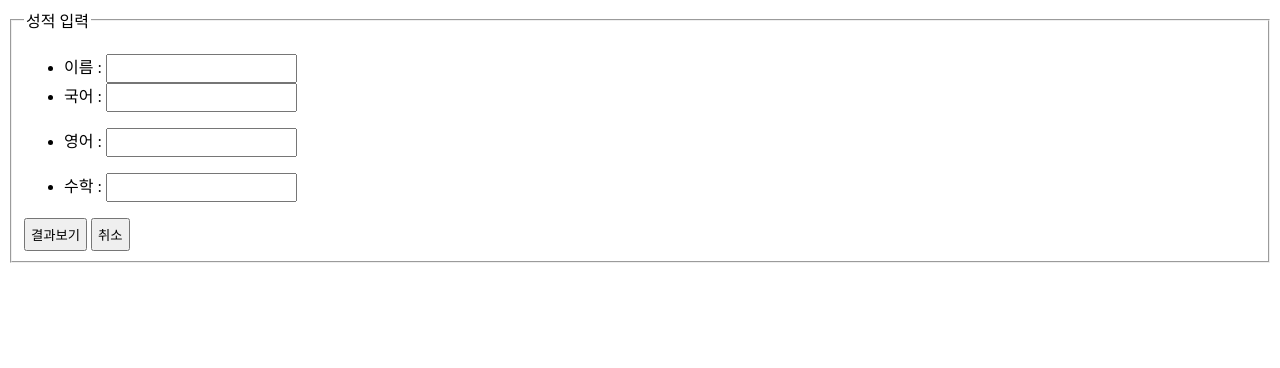
Repository: hagjun/jspstudy
Page: http://localhost/01_servlet/view/ex14.jsp
An editor plug-in stored every save of this project. The page is shown before and after the next save, followed by the edit.
The browser window is 1280 px wide. The pictures show the whole page.
The page is served by Tomcat 9. Other server files are loaded and not shown.

Above is the page before, as saved 2024-03-06 03:15:54.

### 01_servlet/src/main/webapp/view/ex14.jsp
<%@ page language="java" contentType="text/html; charset=UTF-8"
    pageEncoding="UTF-8"%>
<!DOCTYPE html>
<html>
<head>
<meta charset="UTF-8">
<title>Insert title here</title>
<style type="text/css">
	#myform input{padding: 5px;}
</style>
</head>
<body>
	<form action="" method="post" id="myform">
		<fieldset>
			<legend> 성적 입력</legend>
			<ul>
				<li><label for="name">이름 : </label><input type="text" id="name" name="name" required></li>
				<li><label for="kor">국어 : </label><input type="number" id="kor" name="kor" required></p>
				<li><label for="eng">영어 : </label><input type="number" id="eng" name="eng" required></p>
				<li><label for="math">수학 : </label><input type="number" id="math" name="math" required></p>
			</ul>
			<input type="submit" value="결과보기">
			<input type="reset" value="취소">
		</fieldset>
	</form>
</body>
</html>

After the next save:
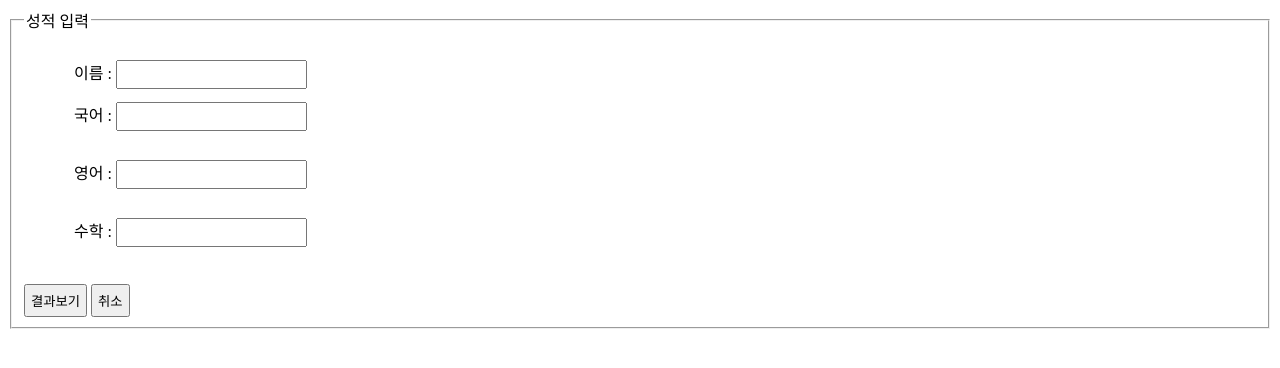
Saved 55 s later.
--- a/01_servlet/src/main/webapp/view/ex14.jsp
+++ b/01_servlet/src/main/webapp/view/ex14.jsp
@@ -6,11 +6,19 @@
 <meta charset="UTF-8">
 <title>Insert title here</title>
 <style type="text/css">
+
+	#myform ul li{
+		line-height: 30px;
+		list-style-type: none;
+		padding: 5px 10px;
+		margin-bottom: 2px;
+	}
+
 	#myform input{padding: 5px;}
 </style>
 </head>
 <body>
-	<form action="" method="post" id="myform">
+	<form action="/01_servlet/Ex14" method="post" id="myform">
 		<fieldset>
 			<legend> 성적 입력</legend>
 			<ul>
